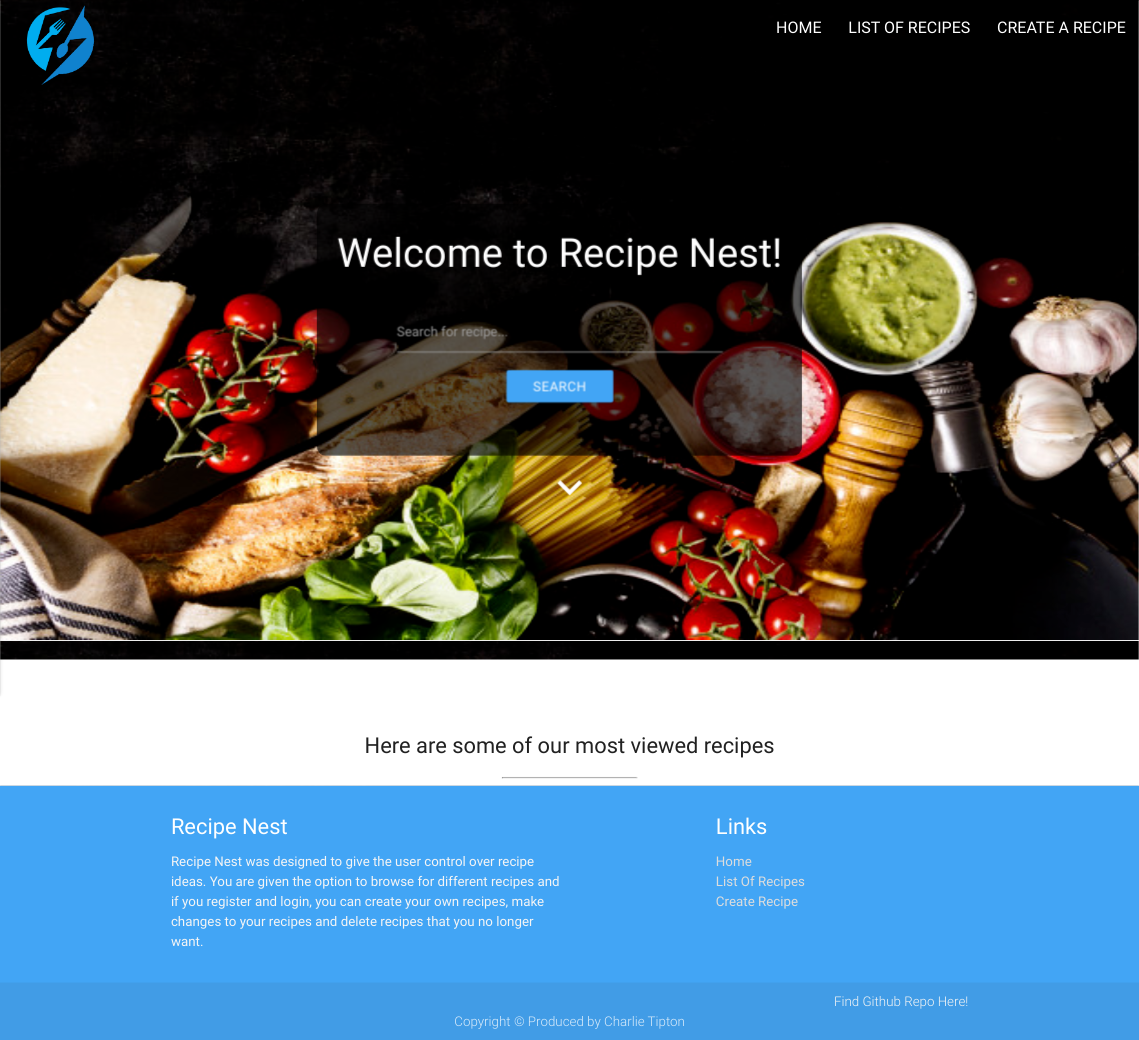
Repository: CharlieJT/Recipes
Page: http://localhost/
The author's editor kept a record of every edit. The page is drawn from the files as they stood at one moment, then again after the next edit.
The browser window is 1280 px wide. The pictures show the whole page, at 89% of full size.
Backgrounds fixed to the window are drawn as part of the page. Some web libraries are served in a nearby version. The page is served by the project's application, run on Flask 3 (app.py). Queries for data that is not in the repository find no rows.

Above is the page before.

### templates/index.html
{% extends 'base.html' %} {% block content %}

<!-- Main Background Image -->

<div class="container-fluid main-image-container">
    <div class="opaque-background" />
    <div class="row">
        <div class="col main-recipe-images-column">
            <div class="main-recipe-images">
            </div>
        </div>
    </div>
</div>

<!-- Main Heading -->

<div class="container-fluid title-container">
    <div class="row">
        <!-- Main Header & search bar -->
        <div class="col main-heading-column">
            <div class="row">
                <div class="col s12">
                    <h1>Welcome to Recipe Nest!</h1>
                </div>
                <div class="container">
                    <div class="row">
                        <form class="col s12">
                            <div class="row search-bar-row">
                                <div class="input-field col s12">
                                    <input id="search" type="text" class="validate">
                                    <label class="recipe-label" for="search">Search for recipe...</label>
                                    <div class="search-button">
                                        <button class="btn waves-effect waves-light blue lighten-1" type="submit" name="action">Search</button>
                                    </div>
                                </div>
                            </div>
                        </form>
                    </div>
                </div>
            </div>
        </div>
        <!-- Down arrow -->
        <div class="col s12">
            <a class="down-arrow-link" href="#recipe-container-main">
                <i class="material-icons down-arrow">keyboard_arrow_down</i>
            </a>
        </div>
    </div>
</div>


<!-- Most viewed Recipe Cards -->

<div id="recipe-container-main" class="container-fluid ">
    <div class="row recipe-row">
        <!-- Main Recipes Header -->
        <div class="mostly-viewed-heading-column col s12">
            <h5>Here are some of our most viewed recipes</h5>
        </div>
        <hr class='most-viewed-divider'>
        <!-- Each recipe card -->
        {% for recipe in recipes %}

        <div class="col s12 m6 l4 card-container">
            <div class="card-surrounding">
                <div class="card">
                    <div class="card-image waves-effect waves-block waves-light">
                        <img class="activator recipe-image" src="{{recipe.recipe_image_url}}">
                    </div>
                    <div class="card-content">
                        <div class='card-title-spacer'>
                            <div class="card-title activator grey-text text-darken-4 recipe-name">{{recipe.recipe_name}}<i class="material-icons right more-info">more_vert</i></div>
                        </div>
                        <div class="button-container">
                            <a href="{{ url_for('recipe', recipe_id=recipe._id) }}">
                                <button class="btn waves-effect waves-light blue lighten-1" type="submit" name="action">View Recipe</button>
                            </a>
                        </div>
                    </div>
                    <div class="card-reveal recipe-close">
                        <span class="card-title grey-text text-darken-4">{{recipe.recipe_name}}<i class="material-icons right">close</i></span>
                        <p>{{recipe.recipe_description}}</p>
                    </div>
                </div>
            </div>
        </div>
        {% endfor %}
    </div>
</div>

{% endblock %}

### templates/base.html
<!DOCTYPE html>
<html>

<head>
    <!--Import Google Icon Font-->
    <link href="https://fonts.googleapis.com/icon?family=Material+Icons" rel="stylesheet">

    <!--Import materialize.css-->
    <link rel="stylesheet" href="https://cdnjs.cloudflare.com/ajax/libs/materialize/0.100.2/css/materialize.min.css">

    <!-- Exteral styles -->
    <link rel="stylesheet" href="{{url_for('static', filename='css/base.css')}}" type="text/css" />
    <link rel="stylesheet" href="{{url_for('static', filename='css/index.css')}}" type="text/css" />
    <link rel="stylesheet" href="{{url_for('static', filename='css/recipe-listing.css')}}" type="text/css" />
    <link href="https://fonts.googleapis.com/icon?family=Material+Icons" rel="stylesheet">

    <!-- Favicon -->
    <link rel="icon" href="{{ url_for('static', filename='/images/favicon.ico') }}" type="image/x-icon" />

    <!--Let browser know website is optimized for mobile-->
    <meta name="viewport" content="width=device-width, initial-scale=1.0" />

    <title>Recipe Nest - {{ title }}</title>
</head>

<body>
    <!-- Main Navbar -->
    <nav class="navbar-container N/A transparent">
        <div class="nav-wrapper">
            <a href="{{ url_for('index') }}" id="recipes-logo">
                <img class="recipe-logo-image" src="static/images/recipe-nest.png" alt="Recipes Logo"/>
            </a>
            <a href="#" data-activates="mobile-demo" class="button-collapse"><i class="material-icons">menu</i></a>
            <ul id="nav-mobile" class="right hide-on-med-and-down navbar-listing">
                <li class="tab"><a class="nav-link" href="{{ url_for('index') }}">Home</a></li>
                <li class="tab"><a class="nav-link" href="{{ url_for('recipe_listing') }}">List of Recipes</a></li>
                <li class="tab"><a class="nav-link" href="#test3">Create a Recipe</a></li>
            </ul>
        </div>
    </nav>
    <ul class="side-nav" id="mobile-demo">
        <li class="tab"><a class="active" href="{{ url_for('index') }}">Home</a></li>
        <li class="tab"><a href="{{ url_for('recipe_listing') }}">List of Recipes</a></li>
        <li class="tab"><a href="#test3">Create a Recipe</a></li>
    </ul>

    {% block content %} {% endblock %}

    <!-- Footer -->
    <footer class="page-footer blue lighten-1">
        <div class="container">
            <div class="row">
                <div class="col l6 s12">
                    <h5 class="white-text">Recipe Nest</h5>
                    <p class="grey-text text-lighten-4"></p>
                    <p class="grey-text text-lighten-4">Recipe Nest was designed to give the user control over recipe ideas. You are given the option to browse for different recipes and if you register and login, you can create your own recipes, make changes to your recipes and delete recipes
                        that you no longer want.</p>
                </div>
                <div class="col l4 offset-l2 s12">
                    <h5 class="white-text">Links</h5>
                    <ul class="footer-links">
                        <li><a class="pages-footer-link" href="{{ url_for('index') }}">Home</a></li>
                        <li><a class="pages-footer-link" href="{{ url_for('recipe_listing') }}">List Of Recipes</a></li>
                        <li><a class="pages-footer-link" href="#!">Create Recipe</a></li>
                    </ul>
                </div>
            </div>
        </div>
        <div class="footer-copyright">
            <div class="container">
                <a class="grey-text text-lighten-4 right" href="https://github.com/CharlieJT/Repices" target="_blank">Find Github Repo Here!</a>
                <div class="footer-bottom">Copyright © Produced by Charlie Tipton</div>
            </div>
        </div>
    </footer>

    <!-- Back to top icon -->
    <a href="#" class="to-top"></a>

    <script src="https://cdnjs.cloudflare.com/ajax/libs/jquery/3.2.1/jquery.min.js"></script>
    <script src="https://cdnjs.cloudflare.com/ajax/libs/materialize/0.100.2/js/materialize.min.js"></script>
    <script src="{{url_for('static', filename='js/script.js')}}"></script>
</body>

</html>

### app.py
import os
from flask import Flask, render_template, redirect, url_for, request
from flask_pymongo import PyMongo, DESCENDING
from bson.objectid import ObjectId

app = Flask(__name__)

app.config["MONGO_DBNAME"] = 'myRecipes'
app.config['MONGO_URI'] = os.environ.get("MONGO_URI")

mongo = PyMongo(app)

@app.route('/')
@app.route('/index')
def index():
    recipes=mongo.db.recipes.find().sort([('views-per-page', DESCENDING)]).limit(3)
    return render_template('index.html', title="Home", recipes=recipes)


@app.route('/recipe-listing')
def recipe_listing():
    recipes=mongo.db.recipes.find()
    return render_template('recipe-listing.html', title="Recipes", recipes=recipes)


@app.route('/recipe/<recipe_id>')
def recipe(recipe_id):
    """Shows full recipe and increments view"""
    mongo.db.recipes.find_one_and_update(
        {'_id': ObjectId(recipe_id)},
        {'$inc': {'views': 1}}
    )
    recipe_ingredients = mongo.db.recipes.recipe_ingredients.find_one()
    recipe = mongo.db.recipes.find_one_or_404({'_id': ObjectId(recipe_id)})
    return render_template('recipe.html', recipe=recipe )


if __name__ == '__main__':
    app.run(host=os.environ.get('IP'),
            port=int(os.environ.get('PORT')),
            debug=True)

### static/css/base.css
/* ---------- Home Page Cards ----------*/

html {
    scroll-behavior: smooth;
}

.recipe-card {
    background-color: #fff;
    padding: 20px;
    margin: 6em 2em;
    border-radius: 10px;
    text-align: center;
}

.recipe-image {
    display: flex;
    justify-content: center;
    width: 100%;
    border-radius: 10px;
    margin: auto;
}

.recipe-view-more-button {
    display: flex;
    justify-content: center;
    width: 100%;
}

/* ---------- Main Nav Bar ----------*/

.navbar-container {
    position: fixed;
    box-shadow: none;
    height: 64px;
    line-height: 64px;
    transition: background-color 0.3s ease-in, box-shadow 0.3s ease-in;
    z-index: 1000;
}

.logo-image {
    background: url(../images/main-logo-image.png);
}

#recipes-logo {
    float: right;
}

.recipe-logo-image {
    width: 95px;
    transition: width 0.15s ease-in;
    margin: 10px 20px 0;
}

.brand-logo {
    right: 3 !important;
}

.tabs {
    height: 64px;
}

.tab a {
    font-size: 1.2em !important;
    text-transform: uppercase;
}

.tab {
    line-height: 61px !important;
}

.navbar-listing .active {
    background-color: transparent;
    border-bottom: 3px solid #fff;
}

.side-nav {
    padding: 64px 0 0 0;
    z-index: 10000;
}

/* ---------- Footer ----------*/

.footer-bottom {
    clear: both;
    text-align: center;
}

.footer-links a {
    color: #ddd;
}

.footer-links .active a {
    color: #fff;
}

/* ---------- Back to top icon ----------*/

.to-top {
	color :white;
	padding-top: 1.8em;
	display: inline-block;/* or block */
	position: fixed;
	bottom: 30px;
    right: 45px;
	text-decoration:none;
	transition:all .3s ease-out;
	opacity: 0;
	z-index: 1000;
}

.to-top:before {
	content: url(../images/chevron-up.png);
    font-size: 1.9em;
	position: absolute;
	text-align: center;
	background-color: #00000050;
	top: 0;
	left: 50%;
	margin-left:-.7em;
	border:solid .13em white;
	border-radius: 10em;
	width: 1.6em;
	height: 1.6em;
	line-height: 1.3em;
	border-color: inherit;
	transition: transform .5s ease-in;
}
.to-top:hover {
	border-color: #42a5f5;
}
.to-top:hover:before {
    content: url(../images/chevron-up-blue.png);
	transform: rotate(360deg);
}

/* ---------- Media Queries ----------*/

@media only screen and (min-width: 480px) {
    section {
        width: 480px;
    }
}

@media only screen and (min-width: 768px) {
    section {
        width: 768px;
    }
}

@media only screen and (min-width: 992px) {
    section {
        width: 992px;
    }
}



@media only screen and (min-width: 992px) {
    #recipes-logo {
        float: left;
    }
}

### static/css/index.css
/* ---------- Main Image ----------*/

.title-container {
    display: flex;
    align-items: center;
    height: 100vh;
    color: #fff;
}

.main-heading-column {
    background-color: #000000a6;
    border-radius: 10px;
}

.title-container .row {
    opacity: 0;
    filter: blur(100px);
    animation: FadeInGreeting 1.5s 1s forwards ease-in-out;
}

.title-container h1 {
    text-align: center;
    font-size: 2.4rem;
}

.search-button {
    display: flex;
    justify-content: center;
}

.down-arrow-link {
    color: white;
}

.down-arrow {
    display: flex !important;
    position: absolute;
    left: 49vw;
    right: 50vw;
    font-size: 3.7rem !important;
    justify-content: center;
    animation: scrollDown 0.4s alternate-reverse infinite cubic-bezier(1,-0.01, 0.79, 0.54);
}

.main-image-container {
    background: url(../images/recipe-nest-main-image.png) fixed center center no-repeat;
    height: 100%;
}

.main-recipe-images-column {
    padding: 0 !important;
}

main-recipe-images-column {
    height: 80vh;
}

.opaque-background {
    background-color: #00000061;
}

/* label color */

.recipe-label {
    color: #fff;
}

/* label focus color */

.input-field input[type=text]:focus+label {
    color: #fff;
}

/* label underline focus color */

.input-field input[type=text]:focus {
    border-bottom: 1px solid #fff;
    box-shadow: 0 1px 0 0 #000;
}

/* valid color */

.input-field input[type=text].valid {
    border-bottom: 1px solid #fff;
    box-shadow: 0 1px 0 0 #fff;
}

/* invalid color */

.input-field input[type=text].invalid {
    border-bottom: 1px solid #fff;
    box-shadow: 0 1px 0 0 #fff;
}

/* label focus color */

.input-field input:focus+label {
    color: #42a5f5 !important;
}

/* label underline focus color */

.row .input-field input:focus {
    border-bottom: 1px solid #42a5f5 !important;
    box-shadow: 0 1px 0 0 #42a5f5 !important;
}

.recipe-search-bar:focus {
    border-bottom: 1px solid #42a5f5 !important;
    -webkit-box-shadow: 0 1px 0 0 #26a69a !important;
    box-shadow: 0 1px 0 0 #42a5f5 !important;
}

/* ---------- Recipe Cards ----------*/

#recipe-container-main {
    background-color: #fff;
}

.down-arrow {
    position: absolute;
    left: 50%;
}

.card-surrounding {
    max-width: 265px;
    margin: auto;
}

.card {
    margin: 2.5rem 0 2.5rem 0;
}

.recipe-image {
    padding: 10px;
    border-radius: 15px !important;
}

.most-viewed-divider {
    width: 150px;
}

.mostly-viewed-heading-column {
    margin: 60px;
    margin: 5.5rem auto 1.5rem;
}

.mostly-viewed-heading-column h5 {
    text-align: center;
    margin: auto;
}

#recipe-container-main .row {
    margin: 0;
}

#recipe-container-main .col {
    padding: 0 2.75rem;
}

.recipe-name,
.recipe-close {
    position: relative;
    width: 100%;
    font-size: 1.1rem !important;
    font-weight: 400 !important;
}

.recipe-name i {
    top: 0;
    right: -15px;
}

.recipe-close i {
    position: absolute;
    right: 0;
    top: 0;
    margin-top: 30px;
    margin-right: 12px;
}

.card-title-spacer {
    display: flex;
    height: 120px;
}

.more-info {
    position: absolute;
}

.button-container {
    display: flex;
    justify-content: center;
    width: 100%;
}

/* ---------- Media Queries ----------*/

@media only screen and (min-width: 992px) {
    .recipe-row {
        width: 992px;
        margin: auto !important;
    }
    .title-container h1 {
        font-size: 3rem;
    }
}

@media only screen and (min-width: 1050px) {
    .main-image-container {
        background-size: 100%;
    }
}

@media only screen and (min-width: 1200px) {
    .recipe-row {
        width: 1200px;
        margin: auto !important;
    }
}



/* ---------- Keyframes (Animations) ----------*/

@-webkit-keyframes scrollDown {
    from {
        margin-top: 0;
    }
    to {
        margin-top: 8px;
    }
}

@keyframes scrollDown {
    from {
        margin-top: 0;
    }
    to {
        margin-top: 8px;
    }
}

@-webkit-keyframes FadeInGreeting {
    from {
        opacity: 0;
    }
    to {
        opacity: 1;
    }
}

@keyframes FadeInGreeting {
    from {
        opacity: 0;
        filter: blur(100px);
    }
    to {

        opacity: 1;
        filter: blur(0px);
    }
}

### static/css/recipe-listing.css
.recipe-container-heading .recipe-container-column {
    background: linear-gradient(#000, #fff);
    height: 130px;
    width: 100%;
}

.recipe-listing-column {
    margin: 60px;
    margin: 1.5rem auto 1.5rem;
    text-align: center;
}

.search-recipe-listing-label {
    color: #000;
}

### static/js/script.js
/*
Whatever code is written inside the JQuery ready method will run once the page Document Object Modal (DOM)
is ready to execute JavaScript code.
*/

$(document).ready(() => {
    // This is the jquery that gives the mobile burger icon the ability to toggle the mobile sidedrawer
    $('.button-collapse').sideNav();
    $('input#input_text, textarea#textarea2').characterCounter();
    // Will check to see if the window has been scrolled 50px from the top
    $(window).scroll(() => {
        const joinedNATransparent = ['N/A', 'transparent'].join(' ');
        if ($(document).scrollTop() > 50) {
            $(".navbar-container").removeClass(joinedNATransparent).css('background-color', '#000000a3');
            $(".recipe-logo-image").css({ 'width': '66px', 'margin-top': '0px' });
            $('.to-top').css('opacity', '1');
        }
        else {
            $(".navbar-container").addClass(joinedNATransparent);
            $(".recipe-logo-image").css({ 'width': '95px', 'margin-top': '5px' });
            $('.to-top').css('opacity', '0');
        }
    });
    $('li.active').removeClass('active');
    $('a[href="' + location.pathname + '"]').closest('li').addClass('active');
});

After the next edit:
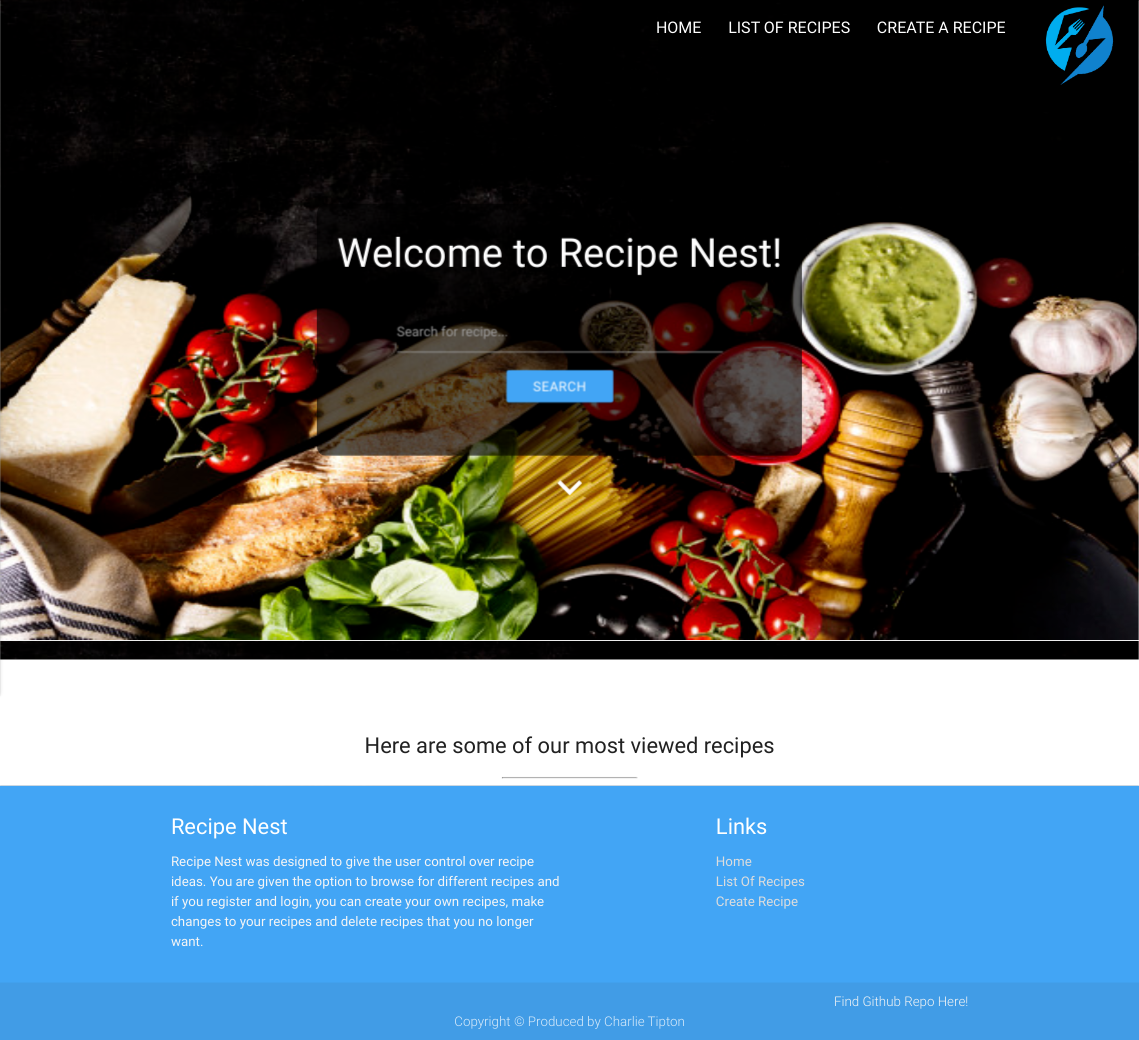
The edit:
--- a/static/css/base.css
+++ b/static/css/base.css
@@ -156,7 +156,5 @@
 
 
 @media only screen and (min-width: 992px) {
-    #recipes-logo {
-        float: left;
-    }
+
 }

After the edit that followed:
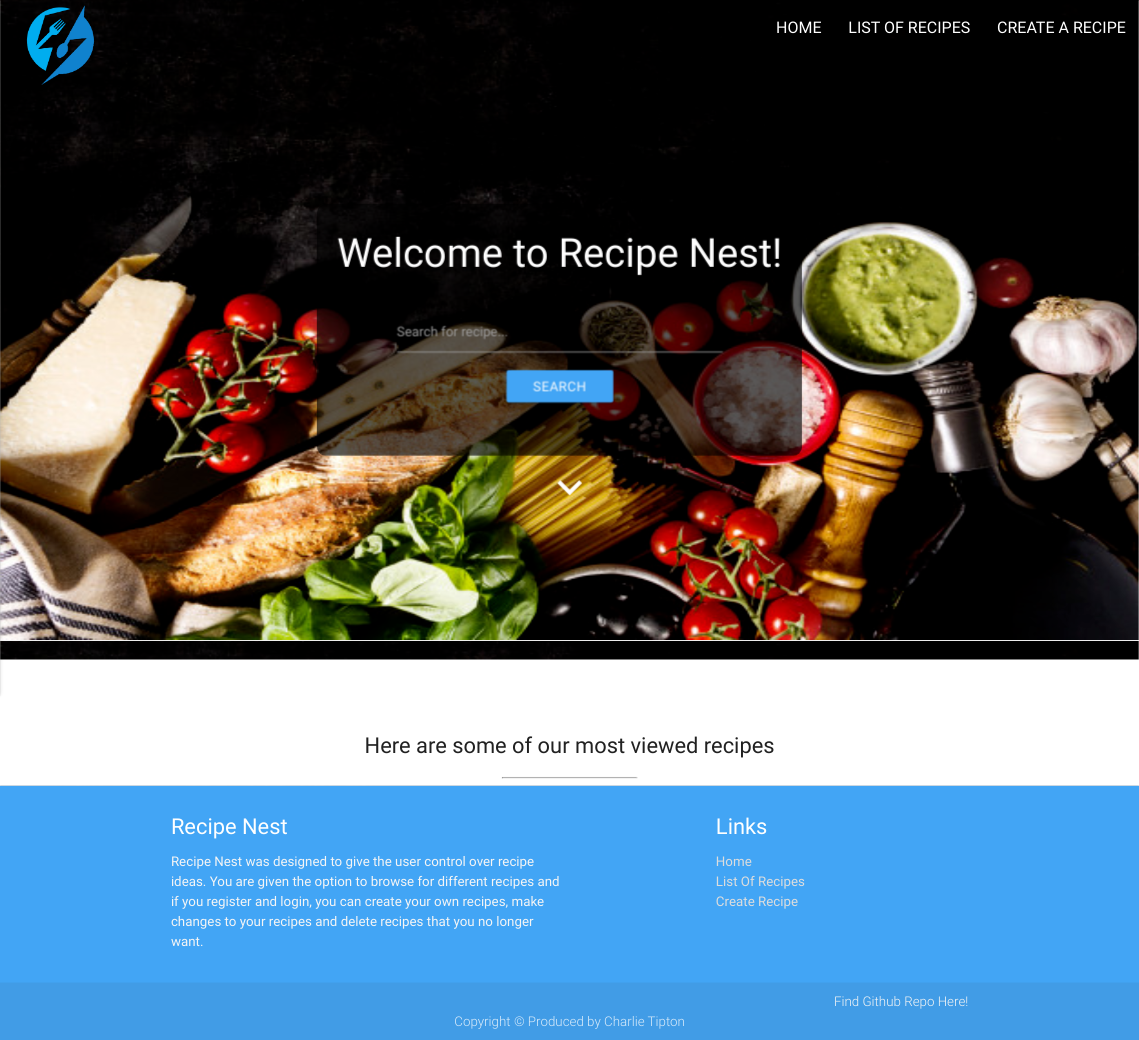
The edit:
--- a/static/css/base.css
+++ b/static/css/base.css
@@ -151,6 +151,9 @@
     section {
         width: 992px;
     }
+    #recipes-logo {
+        float: left;
+    }
 }
 
 
